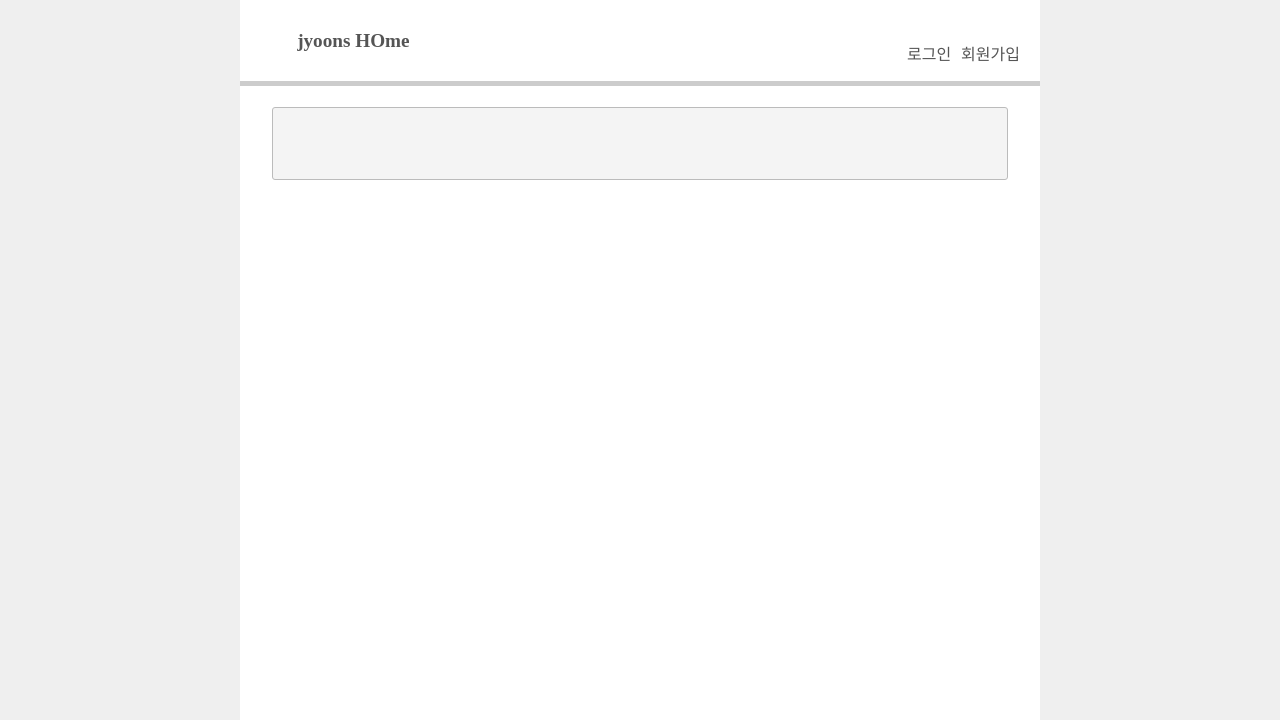
Repository: jyoons00/JSP-sample
Page: http://localhost/jspPro/days03/ex10.jsp
An editor plug-in stored every save of this project. The page is shown before and after the next save, followed by the edit.
The browser window is 1280 px wide. The pictures show the whole page.
Some web fonts or font styles are not loaded; a fallback is used. The page is served by Tomcat 9. Other server files are loaded and not shown.

Above is the page before, as saved 2024-10-17 07:48:33.

### jspPro/src/main/webapp/days03/ex10.jsp
<%@ page contentType="text/html; charset=UTF-8" pageEncoding="UTF-8"%>
<!DOCTYPE html>
<html>
  <head>
    <meta charset="UTF-8" />
    <title>Insert title here</title>
    <link
      rel="shortcut icon"
      type="image/x-icon"
      href="http://localhost/jspPro/images/SiSt.ico"
    />
    <script src="https://ajax.googleapis.com/ajax/libs/jquery/3.7.1/jquery.min.js"></script>
    <meta name="viewport" content="width=device-width, initial-scale=1.0" />
    <link
      rel="stylesheet"
      href="http://localhost/jspPro/resources/cdn-main/example.css"
    />
    <script src="http://localhost/jspPro/resources/cdn-main/example.js"></script>
    <style>
      span.material-symbols-outlined {
        vertical-align: text-bottom;
      }
    </style>
  </head>
  <body>
    <header>
      <h1 class="main">
        <a href="#" style="position: absolute; top: 30px">jyoons HOme</a>
      </h1>
      <ul>
        <li><a href="#">로그인</a></li>
        <li><a href="#">회원가입</a></li>
      </ul>
    </header>
    <div>
      <xmp class="code">

  	  </xmp>
    </div>

  </body>
</html>

### jspPro/src/main/webapp/resources/cdn-main/example.css
@charset "UTF-8";

@import url('https://fonts.googleapis.com/css2?family=Material+Symbols+Outlined:opsz,wght,FILL,GRAD@20..48,100..700,0..1,-50..200');

@font-face {
    font-family: 'GmarketSansMedium';
    src: url('https://cdn.jsdelivr.net/gh/projectnoonnu/noonfonts_2001@1.1/GmarketSansMedium.woff') format('woff');
    font-weight: normal;
    font-style: normal;
}

:root {
	--text-color: #555;
	--sub-text-color: #777;
	--back-color: #EFEFEF;
	--header-color: #444;
	--primary-color: #DEDEDE;
	--secondary-color: #EFEFEF;
	--default-width: 800px;
	--narrow-width: 500px;
	--wide-width: 1200px;
	--text-font: 'GmarketSansMedium';
	--icon-font: 'Material Symbols Outlined';
	--border-color: #CCC;
}

html, body {
	margin: 0;
	padding: 0;
}

html {
	background-color: var(--back-color);
	display: flex;
	justify-content: center;
	min-height: 100vh;
}

body, body.default {
	width: var(--default-width);
	background-color: white;
	padding-bottom: 120px;
}

body.wide {
	width: var(--wide-width);
}

body.narrow {
	width: var(--narrow-width);
}



body, p, div, span, a, input, select, option, textarea, button, table, th, td, label, fieldset, legend {
	font-family: var(--text-font);
	color: var(--text-color);
}

h1, h2, h3 {
	font-family: var(--text-font);
	color: var(--header-color);
	padding: 0 1rem;
	padding-top: .5rem;
}

div > h1, div > h2, div > h3 {
	padding: 0;
}

body > div, body > main > div {
	padding: 0.3rem 1rem;
}


h1 { font-size: 2rem; border-bottom: 1px solid var(--border-color); }
h1 small { font-size: 1.2rem; color: var(--sub-text-color); }
h2 { font-size: 1.5rem; border-bottom: 1px dashed var(--border-color); }
h2 small { font-size: 1.1rem; color: --sub-text-color; }
h3 { font-size: 1.2rem; }
h3 small { font-size: 1rem; color: --sub-text-color; }



h1.main::before {
	font-family: var(--icon-font);
  	content: '\e666';
  	margin-right: 10px;
  	float: left;
	font-size: 2.5rem;
}

h1.sub::before {
	font-family: var(--icon-font);
  	content: '\ea19';
  	margin-right: 10px;
  	float: left;
	font-size: 2.5rem;
}


h1.page::before {
	font-family: var(--icon-font);
  	content: '\e0e0';
  	margin-right: 10px;
  	float: left;
	font-size: 2.5rem;
}

body > header > ul > li > .active{
	background-color: #FFF;
	color:#F00;
}

body > header {
	display: flex;
	justify-content: space-between;
	border-bottom: 5px solid var(--border-color);
	min-height: 74px;
	background-color: #FFF;
}

body > header.sticky {
	position: sticky;
	top: 0;
	z-index: 98;
}

body > header > h1 {
	font-size: 1.2rem;
	border: 0;
}

body > header.in > h1::before {
	font-family: var(--icon-font);
  	content: '\e332‥';
  	margin-right: 3px;
  	float: left;
	font-size: 2rem;
}


body > header > ul {
	list-style-type: none;
	display: flex;
	align-items: flex-end;
	margin-right: 10px;
}

body > header > ul > li {
	margin-right: 10px;
	cursor: pointer;
}

body > header > ul > li > a {
	cursor: pointer;
}


form {
	display: block;
}

form > div {
	padding: 0.3rem 1rem;
}

div > form > div {
	padding: 0.3rem 0;
}

input, textarea, button, select {
	border: 1px solid #BBB;
	border-radius: 3px;
	outline: none;
	resize: none;
	padding: 7px;
	margin: 0;
}

input[type=text]:read-only, textarea:read-only {
	cursor: not-allowed;
	background-color: #FFF;
}

input[type=text]:disabled, textarea:disabled {
	cursor: not-allowed;
	background-color: #EEE;
}

input[type=text], input[type=password], textarea, button, select {
	/* width: 300px; */
}

textarea {
	display: block;
	height: 100px;
}

input[type=button], input[type=submit], button {
	/* width: inherit; */
}

input.short, textarea.short, button.short, select.short {
	width: 100px;
}

input.long, textarea.long, button.long, select.long {
	width: 350px;
}

.narrow input.long, .narrow textarea.long, .narrow button.long, .narrow select.long {
	width: calc(100% - 20px);
}

input.full, textarea.full, button.full, select.full {
	width: calc(100% - 20px);
}

textarea.short {
	height: 50px;
}

textarea.long {
	height: 100px;
}

textarea.full {
	height: 200px;
}

input, textarea {
	padding-top: 8px;
}

input[type=button], input[type=submit], button {
	padding: 5px 10px;
	background-color: var(--secondary-color);
	cursor: pointer;
	min-height: 36px;
}

input[type=button].primary, input[type=submit].primary, button.primary {
	/* background-color: rgba(100, 149, 237, .2); */
	background-color: var(--primary-color);
}

input[type=button].primary:hover, input[type=submit].primary:hover, button.primary:hover {
	/* background-color: rgba(100, 149, 237, .3); */
	background-color: var(--secondary-color);
}

input[type=button]:hover, input[type=submit]:hover, button:hover {
	background-color: var(--primary-color);
}

button {
	position: relative;
	left: 0;
	top: 0;
	padding-left: 35px;
}

button .material-symbols-outlined {
	position: absolute;
	left: 10px;
	top: 4px;
}

/* k2nik add */
button.login::before {
	font-family: var(--icon-font);
  	content: '\ea77';
	position: absolute;
	left: 11px;
	top: 4px;
	font-size: 1.25rem;
}

/* k2nik logout */
button.logout::before {
	font-family: var(--icon-font);
  	content: '\e9ba';
	position: absolute;
	left: 11px;
	top: 4px;
	font-size: 1.25rem;
}

/* k2nik help */
button.help::before {
	font-family: var(--icon-font);
  	content: '\f1c0';
	position: absolute;
	left: 11px;
	top: 4px;
	font-size: 1.25rem;
}

button.add::before{
	font-family: var(--icon-font);
  	content: '\e746';
	position: absolute;
	left: 11px;
	top: 4px;
	font-size: 1.25rem;
}

button.back::before {
	font-family: var(--icon-font);
  	content: '\e166';
	position: absolute;
	left: 11px;
	top: 4px;
	font-size: 1.25rem;
}

button.list::before {
	font-family: var(--icon-font);
  	content: '\e0ee';
	position: absolute;
	left: 11px;
	top: 4px;
	font-size: 1.25rem;
}


button.del::before {
	font-family: var(--icon-font);
  	content: '\e872';
	position: absolute;
	left: 11px;
	top: 4px;
	font-size: 1.25rem;
}


button.edit::before {
	font-family: var(--icon-font);
  	content: '\e745';
	position: absolute;
	left: 11px;
	top: 4px;
	font-size: 1.25rem;
}


button.login::before {
	font-family: var(--icon-font);
  	content: '\ea77';
	position: absolute;
	left: 11px;
	top: 4px;
	font-size: 1.25rem;
}


button.logout::before {
	font-family: var(--icon-font);
  	content: '\e9ba';
	position: absolute;
	left: 11px;
	top: 4px;
	font-size: 1.25rem;
}


button.in::before {
	font-family: var(--icon-font);
  	content: '\f71a';
	position: absolute;
	left: 11px;
	top: 4px;
	font-size: 1.25rem;
}


button.out::before {
	font-family: var(--icon-font);
  	content: '\f70e';
	position: absolute;
	left: 11px;
	top: 4px;
	font-size: 1.25rem;
}


button.reply::before {
	font-family: var(--icon-font);
  	content: '\e15e';
	position: absolute;
	left: 11px;
	top: 4px;
	font-size: 1.25rem;
}


button.comment::before {
	font-family: var(--icon-font);
  	content: '\e0b9';
	position: absolute;
	left: 11px;
	top: 4px;
	font-size: 1.25rem;
}


button.modal::before {
	font-family: var(--icon-font);
  	content: '\e89e';
	position: absolute;
	left: 11px;
	top: 4px;
	font-size: 1.25rem;
}


button.ok::before {
	font-family: var(--icon-font);
  	content: '\e86c';
	position: absolute;
	left: 11px;
	top: 4px;
	font-size: 1.25rem;
}


button.cancel::before {
	font-family: var(--icon-font);
  	content: '\e5c9';
	position: absolute;
	left: 11px;
	top: 4px;
	font-size: 1.25rem;
}

button.search::before {
	font-family: var(--icon-font);
  	content: '\e8b6';
	position: absolute;
	left: 11px;
	top: 4px;
	font-size: 1.25rem;
}

button.home::before {
	font-family: var(--icon-font);
  	content: '\e88a';
	position: absolute;
	left: 11px;
	top: 4px;
	font-size: 1.25rem;
}


button.sidebar::before {
	font-family: var(--icon-font);
  	content: '\f7e4';
	position: absolute;
	left: 11px;
	top: 4px;
	font-size: 1.25rem;
}


button.sidebar-right::before {
	font-family: var(--icon-font);
  	content: '\f7e5';
	position: absolute;
	left: 11px;
	top: 4px;
	font-size: 1.25rem;
}




button::before {
	font-family: var(--icon-font);
  	content: '\e323';
	position: absolute;
	left: 11px;
	top: 4px;
	font-size: 1.25rem;
}


table {
	border-collapse: collapse;
	margin: 1rem;
	box-sizing: border-box;
	width: calc(100% - 32px);
}

table.content {
	width: auto;
}

div > table {
	margin: 0;
}

table th, table td {
	border: 1px solid var(--border-color);
	padding: 7px;
	font-weight: normal;
}

table th {
	background-color: var(--back-color);
}

table.vertical th {
	width: 150px;
}

table.vertical td {
	width: calc(100% - 182px);
	padding-left: 10px;
}

table.content td, table.content th {
	width: auto;
}

body.narrow table.vertical th {
	width: 100px;
}

body.narrow table.vertical td {
	width: calc(100% - 182px);
}


table + table {
	margin-top: 30px;
}


p {
	padding: 0 1rem;
}

a {
	text-decoration: none;
}

a:hover {
	color: rgba(255, 99, 71, .7);
}

hr {
	border: 0;
	border-top: 1px solid var(--border-color);
	margin: 2rem 0;
}

.message {
	border: 1px solid var(--border-color);
	background-color: #EFEFEF;
	margin: 1rem;
	width: auto;
	padding-top: 10px;
	padding-bottom: 10px;
	font-size: 14px;
}

.message[title]::before {
	content: attr(title);
	display: block;
	border-bottom: 1px solid var(--border-color);
	padding-bottom: 5px;
	margin-bottom: 10px;
	margin-top: 7px;
}

.message.short {
	max-width: 250px;
}

.message.long {
	max-width: 500px;
}

.badge {
	float: right;
	font-size: .8rem;
	margin-top: 2px;
	margin-right: 2px;
	text-shadow: 0 0 7px gray;
}

.badge.left {
	float: none;
	margin-left: 2px;
}

.badge.right {
	float: right;
}

.badge.red {
	border-radius: 50%;
	padding: 2px 5px;
	background-color: rgb(255, 99, 71, .3);
}

.badge.yellow {

	border-radius: 50%;
	padding: 2px 5px;
	background-color: rgb(255, 215, 0, .5);
}

.badge.blue {
	border-radius: 50%;
	padding: 2px 5px;
	background-color: rgb(100, 149, 237, .3);
}

label + label {
	margin-left: 7px;
}

label input[type=checkbox], label input[type=radio] {
	transform: translate(0, 1px);
}

.group {
	display: flex;
}

.modal-content .group {
	margin-bottom: .5rem;
}

.group label {
	border: 1px solid #BBB;
	border-radius: 3px;
	outline: none;
	resize: none;
	padding: 7px 14px;
	margin: 0;
	border-top-right-radius: 0;
	border-bottom-right-radius: 0;
	background-color: #EFEFEF;
	white-space: nowrap;
	font-size: 14px;
}

.group input[type=text] {
	margin-left: -1px;
	border-top-left-radius: 0;
	border-bottom-left-radius: 0;
}

.group select {
	margin-left: -1px;
	border-top-left-radius: 0;
	border-bottom-left-radius: 0;
}

.group input.full[type=text] {
	margin-left: -1px;
	border-top-left-radius: 0;
	border-bottom-left-radius: 0;
	width: 100%;
}

.group input[type=button]:first-child, .group button:first-child {
	border-top-left-radius: 3px;
	border-bottom-left-radius: 3px;
	margin-left: 0px;
}

.group input[type=button], .group button {
	border-radius: 0;
	margin-left: -1px;
}

.group input[type=button]:last-child, .group button:last-child {
	margin-left: -1px;
	border-top-right-radius: 3px;
	border-bottom-right-radius: 3px;
}

.seperate {
	display: flex;
	justify-content: space-between;
}

div.list {
	width: max-content;
	margin: 1rem;
	border: 1px solid #BBB;
	border-radius: 3px;
	padding: 0;
}

div.list.full {
	width: auto;
	display: block;
	margin: 1rem;
	border: 1px solid #BBB;
	border-radius: 3px;
	padding: 0;
}

div.list > div {
	padding: .5rem 1rem;
	margin: 0;
	border-bottom: 1px solid #BBB;
}

div.list > div:last-child {
	border-bottom: 0;
}

pre.code , xmp.code{
	font-family: consols;
	background-color: rgba(150, 150, 150, .1);
	border: 1px solid #BBB;
	border-radius: 3px;
	padding: .5rem 1rem;
	padding-bottom: .6rem;
	margin: 1rem;
}




*[data-modal-window] {
	position: fixed;
	background-color: rgba(0, 0, 0, .3);
	left: 0;
	top: 0;
	display: none;
	justify-content: center;
	align-items: flex-start;
	width: 100%;
	min-height: 100vh;
	z-index: 100;
	opacity: 0;
	transition: 500ms all;
}

*[data-modal-window] .modal-container {
	border-radius: 5px;
	padding: 1rem;
	padding-bottom: .5rem;
	margin-top: -500px;
	opacity: 0;
	width: 500px;
	background-color: #FFF;
	margin-right: 2rem;
	transition: 500ms all;
}

*[data-modal-size=content] .modal-container {
	width: auto;
}

*[data-modal-size=narrow] .modal-container {
	width: 300px;
}

*[data-modal-size=wide] .modal-container {
	width: 760px;
}


*[data-modal-window] .modal-header {
	border-bottom: 1px solid var(--border-color);
	padding: 2px 5px;
}

*[data-modal-window] .modal-content {
	padding: 1rem 5px;
}

*[data-modal-window] .modal-content div:last-child {
	margin-top: 1rem;
	text-align: right;
}



*[data-sidebar-window] {
	position: fixed;
	background-color: #FFF;
	left: 0;
	top: 0;
	display: block;
	width: 300px;
	border-right: 1px solid var(--border-color);
	box-sizing: border-box;
	box-shadow: 0 0 3px var(--back-color);
	min-height: 100vh;
	z-index: 99;
	transform: translate(-300px, 0);
	transition-duration: 500ms;
	transition-property: transform;
}

*[data-sidebar-direction=right] {
	left: auto;
	right: 0;
	transform: translate(300px, 0);
	border-left: 1px solid var(--border-color);
}

*[data-sidebar-size=wide] {
	width: 500px;
	transform: translate(-500px, 0);
}

*[data-sidebar-window] .sidebar-title {
	border-bottom: 1px solid var(--border-color);
	margin-top: 20px;
	margin-bottom: 20px;
	padding-bottom: 5px;
	display: flex;
	justify-content: space-between;
}

*[data-sidebar-window] .sidebar-title span:last-child {
	cursor: pointer;
}


/* K2Nik pagination */
.center {
  text-align: center;
}

.pagination {
  display: inline-block;
}

.pagination a {
  color: black;
  float: left;
  padding: 3px 6px;
  text-decoration: none;
  transition: background-color .3s;
  border: 1px solid #ddd;
  margin: 0 3px;
}

.pagination a.active {
  background-color: #4CAF50;
  color: white;
  border: 1px solid #4CAF50;
}

.pagination a:hover:not(.active) {background-color: #ddd;}

### jspPro/src/main/webapp/resources/cdn-main/example.js

window.onload = () => {

    const list = document.querySelectorAll('input, textarea');

    list.forEach(item => {
        item.setAttribute('autocomplete', 'off');
    });


    const modal_btn_list = document.querySelectorAll('*[data-modal-button]');

    modal_btn_list.forEach(item => {
        item.onclick = function() {

            const name = this.dataset['modalButton'];
            const modal_window = document.querySelector('*[data-modal-window=' + name);

            const container = document.createElement('div');
            container.className = 'modal-container';



            const modal_header = document.createElement('div');
            modal_header.textContent = modal_window.dataset['modalTitle'];
            modal_header.className = 'modal-header';
            container.appendChild(modal_header);

            const modal_content = document.createElement('div');
            modal_content.className = 'modal-content';
            container.appendChild(modal_content);

            Array.from(modal_window.childNodes).forEach(item => {
                modal_content.appendChild(item);
            });

            modal_window.appendChild(container);

            modal_window.style.display = 'flex';

            setTimeout(() => {
                modal_window.style.opacity = 1;
                container.style.marginTop = '20px';
                container.style.opacity = 1;
            }, 50);


            const modal_ok = document.querySelector('*[data-modal-ok=' + name);
            modal_ok.addEventListener('click', function() {
                modal_window.style.opacity = 0;
                container.style.marginTop = '-500px';
                container.style.opacity = 0;

                setTimeout(() => {
                    modal_window.innerHTML = modal_content.innerHTML;
                    modal_window.style.display = 'none';
                }, 500);

            });

            const modal_cancel = document.querySelector('*[data-modal-cancel=' + name);
            modal_cancel.addEventListener('click', function() {

                modal_window.style.opacity = 0;
                container.style.marginTop = '-500px';
                container.style.opacity = 0;

                setTimeout(() => {
                    modal_window.innerHTML = modal_content.innerHTML;
                    modal_window.style.display = 'none';
                }, 500);
            });


        };
    });


    const sidebar_btn_list = document.querySelectorAll('*[data-sidebar-button]');

    sidebar_btn_list.forEach(item => {
        item.onclick = function() {



            const name = this.dataset['sidebarButton'];
            const sidebar_window = document.querySelector('*[data-sidebar-window=' + name);

            if (sidebar_window.style.transform == 'translate(0px, 0px)') return;



            sidebar_window.style.transform = 'translate(0, 0)';

            const sidebar_title = document.createElement('div');
            sidebar_title.className = 'sidebar-title';
            sidebar_title.innerHTML = '<span>' + sidebar_window.dataset['sidebarTitle'] + '</span><span class="material-symbols-outlined">close</span>';

            sidebar_title.children[1].onclick = function() {

                let sign = 1;
                let distance = 300;

                if (sidebar_window.dataset['sidebarDirection'] != 'right') {
                    sign = -1;
                } else {
                    sign = 1;
                }

                if (sidebar_window.dataset['sidebarSize'] != 'wide') {
                    distance = 300;
                } else {
                    distance = 500;
                }

                distance *= sign;

                sidebar_window.style.transform = 'translate(' + distance + 'px, 0)';

                setTimeout(function() {
                    sidebar_window.removeChild(sidebar_window.children[0]);
                }, 500);
            };


            sidebar_window.prepend(sidebar_title);

        }
    });

};

// window.onkeydown = function(event) {

//     if (event.keyCode == 27) {
//         if (document.querySelector('[data-modal-window').style.display == 'flex') {
//             document.querySelector('[data-modal-window').style.display = 'none';
//         }
//     }

// };

After the next save:
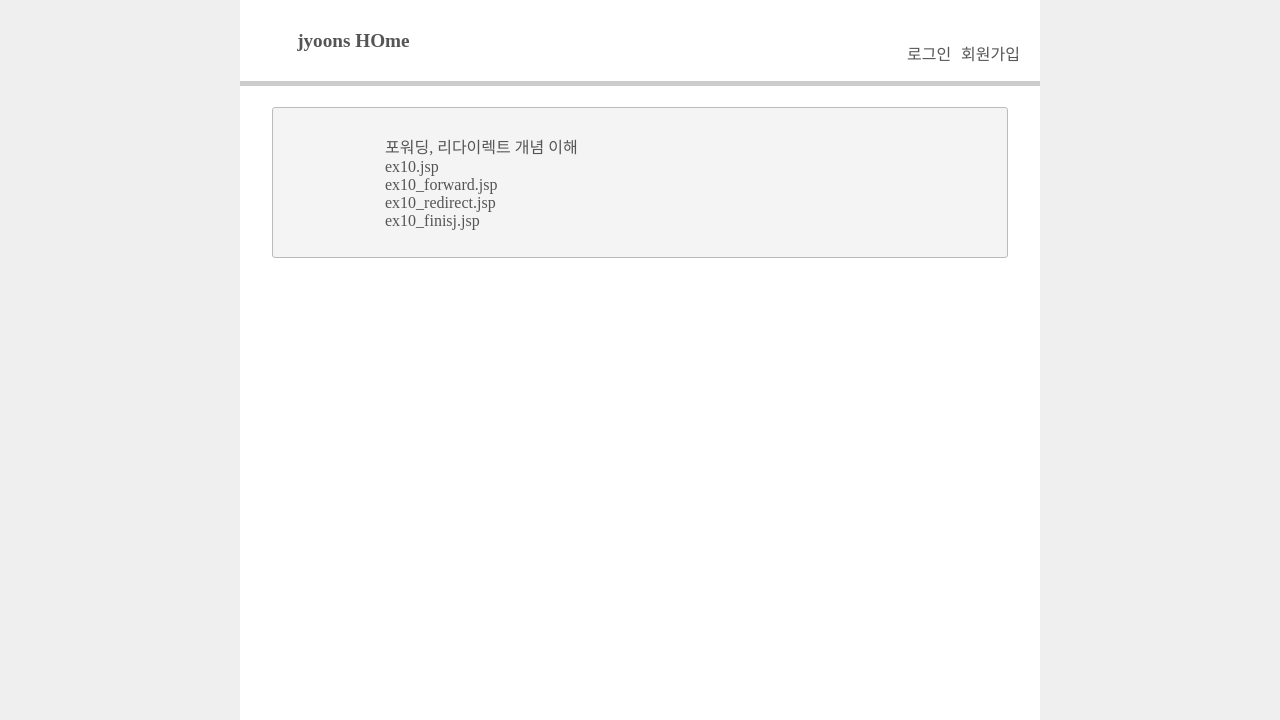
Saved 48 s later.
--- a/jspPro/src/main/webapp/days03/ex10.jsp
+++ b/jspPro/src/main/webapp/days03/ex10.jsp
@@ -34,7 +34,11 @@
     </header>
     <div>
       <xmp class="code">
-
+   			포워딩, 리다이렉트 개념 이해
+   			ex10.jsp
+   			ex10_forward.jsp
+   			ex10_redirect.jsp
+   			ex10_finisj.jsp
   	  </xmp>
     </div>
 
